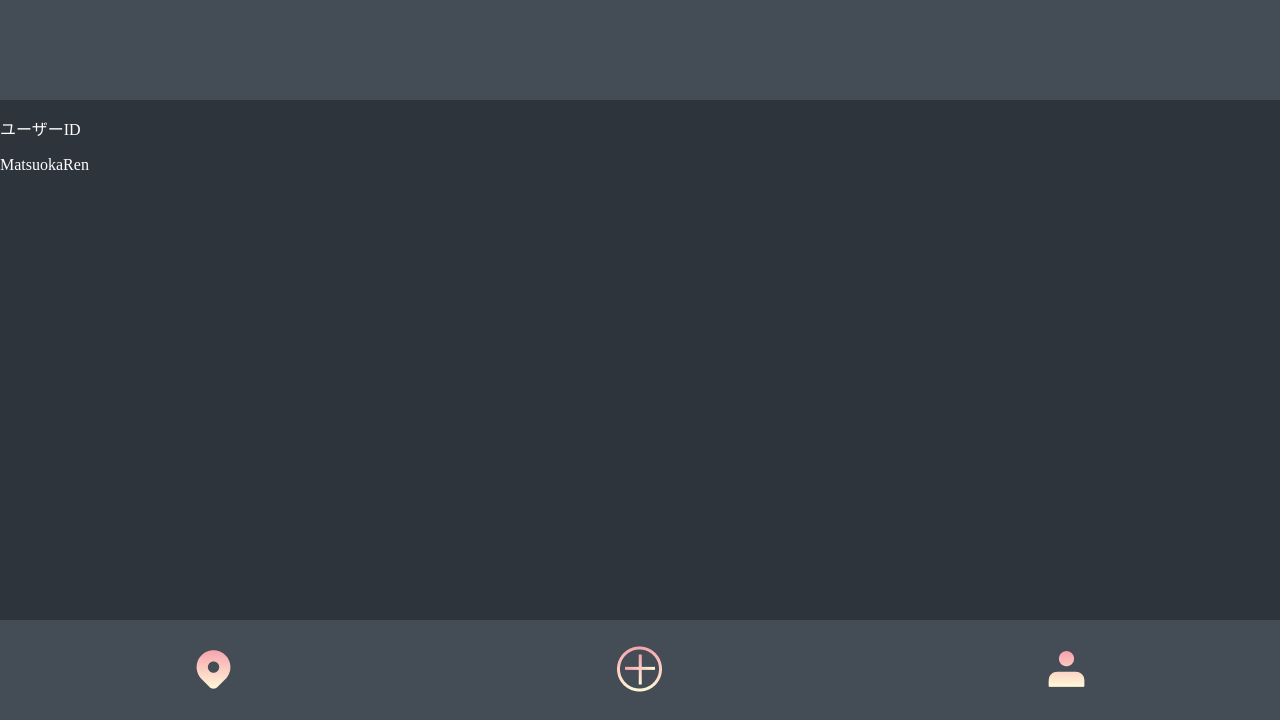
Repository: ren0714poo/respos
Page: addition.html
An editor plug-in stored every save of this project. The page is shown before and after the next save, followed by the edit.
The browser window is 1280 px wide. The pictures show the whole page.

Above is the page before, as saved 2025-07-17 13:37:11.

After the next save:
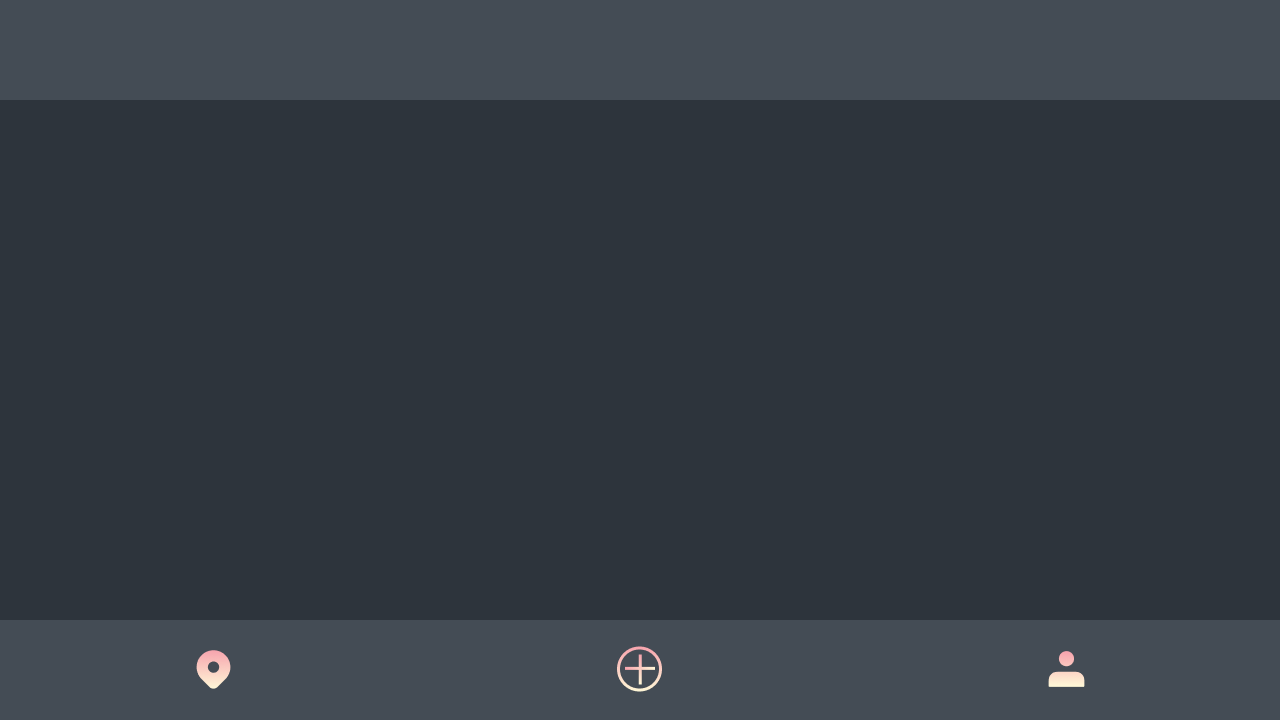
Saved 10 s later.
--- a/addition.html
+++ b/addition.html
@@ -11,10 +11,7 @@
   </header>
 
   <main>
-    <div>
-      <p>ユーザーID</p>
-      MatsuokaRen
-    </div>
+
   </main>
 
   <footer>
